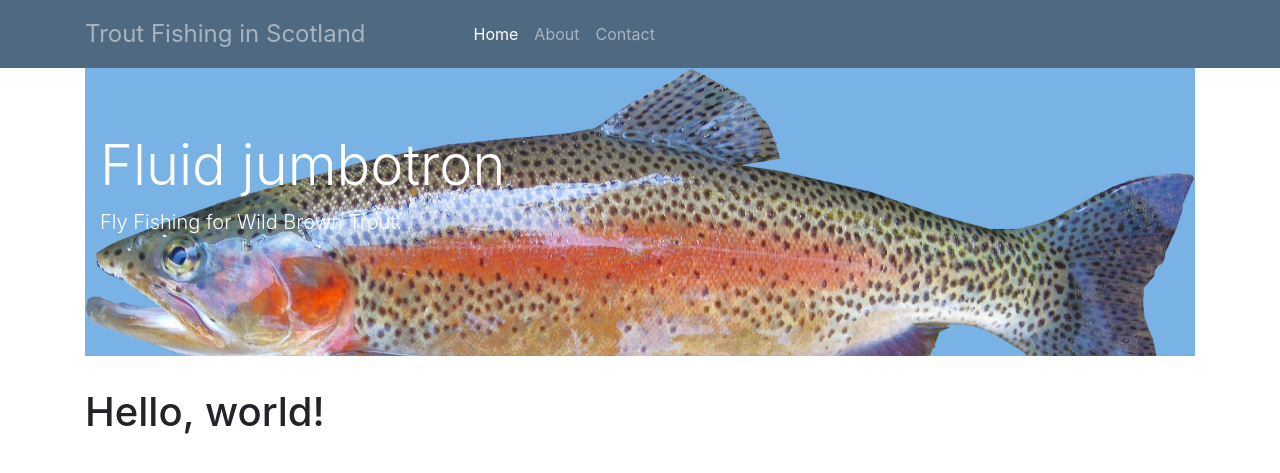
Repository: adrian9211/College_project
Page: index.html
These files come from the project's save history. The page is drawn as it stood at one moment and after the next save; the edit follows.
The browser window is 1280 px wide. The pictures show the whole page.

Above is the page before, as saved 2020-10-28 14:13:48.

After the next save:
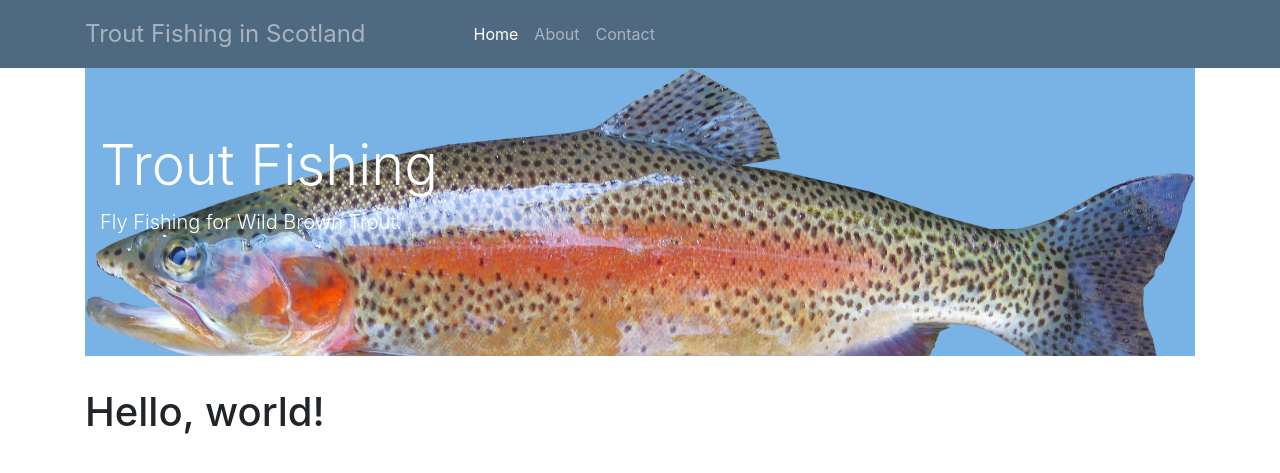
Saved 23 s later.
--- a/index.html
+++ b/index.html
@@ -38,7 +38,7 @@
       <div class="container">
         <div class="jumbotron jumbotron-fluid">
             <div class="container alt">
-              <h1 class="display-4">Fluid jumbotron</h1>
+              <h1 class="display-4">Trout Fishing</h1>
               <p class="lead">Fly Fishing for Wild Brown Trout.</p>
             </div>
         </div>
